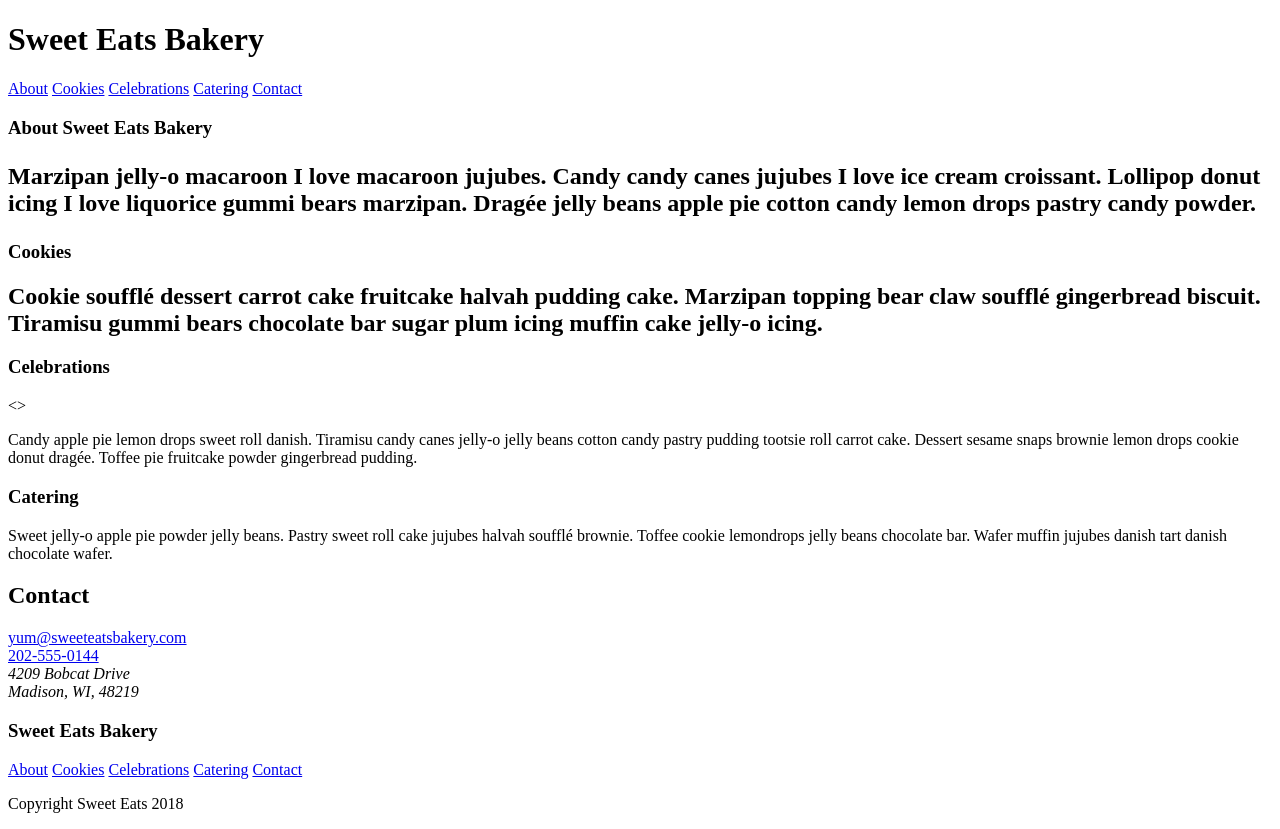
Repository: yoshimario/web-module-challenge-user-interface
Page: index.html
An editor plug-in stored every save of this project. The page is shown before and after a run of saves, followed by the edit.
The browser window is 1280 px wide. The pictures show the whole page.
Some web fonts or font styles are not loaded; a fallback is used.

Above is the page before, as saved 2023-05-15 13:30:49.

### index.html
<!DOCTYPE html>
<html lang="en">

<head>
    <meta charset="UTF-8">
    <!-- import your css file -->
    <link href="https://fonts.googleapis.com/css?family=Gaegu|Roboto" rel="stylesheet">
    <title>Sweet Eats Bakery</title>
</head>

<body>

    <!-- company name -->
    <h1>Sweet Eats Bakery</h1>
    <header headerNavLinksf>
        <!-- Navigation -->
        <nav>
            <a href="#about">About</a>
            <a href="#cookies">Cookies</a>
            <a href="#celebrations">Celebrations</a>
            <a href="#catering">Catering</a>
            <a href="#contact">Contact</a>
        </nav>
    </header>
    <!-- Image https://tk-assets.lambdaschool.com/bcf76f62-2431-4c22-b466-2e711f3da2b9_ui-i-bakery-main-header.png -->

    <!-- Marketing header -->
    <section id="about">
        <h3>About Sweet Eats Bakery </h3>

        <h2><p>Marzipan jelly-o macaroon I love macaroon jujubes. Candy candy canes jujubes I love ice cream croissant.
            Lollipop
            donut icing I love liquorice gummi bears marzipan. Dragée jelly beans apple pie cotton candy lemon drops
            pastry candy
            powder.</p></h2>
    </section>
    <!-- content -->

    <!-- Image https://tk-assets.lambdaschool.com/7393a8fd-c8e5-4003-921f-79e0d546d02c_ui-i-bakery-cookies.png -->
    <section id="cookies">
        <h3>Cookies</h3>

        <h2>Cookie soufflé dessert carrot cake fruitcake halvah pudding cake. Marzipan topping bear claw soufflé gingerbread
        biscuit. Tiramisu gummi bears chocolate bar sugar plum icing muffin cake jelly-o icing.</h2>
    </section>
    <!-- Image https://tk-assets.lambdaschool.com/297378d6-9c89-430f-9d2e-46ae3d5edce8_ui-i-bakery-cupcake-i.png -->

    <section id="celebrations">
        <h3>Celebrations</h3>

        <><p>Candy apple pie lemon drops sweet roll danish. Tiramisu candy canes jelly-o jelly beans cotton candy pastry
            pudding
            tootsie roll carrot cake. Dessert sesame snaps brownie lemon drops cookie donut dragée. Toffee pie fruitcake
            powder
            gingerbread pudding.</p>
    </section>
    <!-- Image https://tk-assets.lambdaschool.com/ab0cb095-5900-476c-b042-aea065d3dbbf_ui-i-bakery-celebrate.png -->
    <section id="catering">
        <h3>Catering</h3>

        <p>Sweet jelly-o apple pie powder jelly beans. Pastry sweet roll cake jujubes halvah soufflé brownie. Toffee
            cookie
            lemondrops jelly beans chocolate bar. Wafer muffin jujubes danish tart danish chocolate wafer.</p>
    </section>
    <section id="contact">
        <h2>Contact</h2>

        <a href="mailto:yum@sweeteatsbakery.com">yum@sweeteatsbakery.com</a><br>
        <a href="tel:202-555-0144">202-555-0144</a><br>
        <address>4209 Bobcat Drive<br>
            Madison, WI, 48219</address>
    </section>
    <!-- footer -->
    <footer>
        <h3>Sweet Eats Bakery</h3>
        <nav>
            <a href="#about">About</a>
            <a href="#cookies">Cookies</a>
            <a href="#celebrations">Celebrations</a>
            <a href="#catering">Catering</a>
            <a href="#contact">Contact</a>
        </nav>
        <p>Copyright Sweet Eats 2018</p>
    </footer>
</body>

</html>

After the next 3 saves:
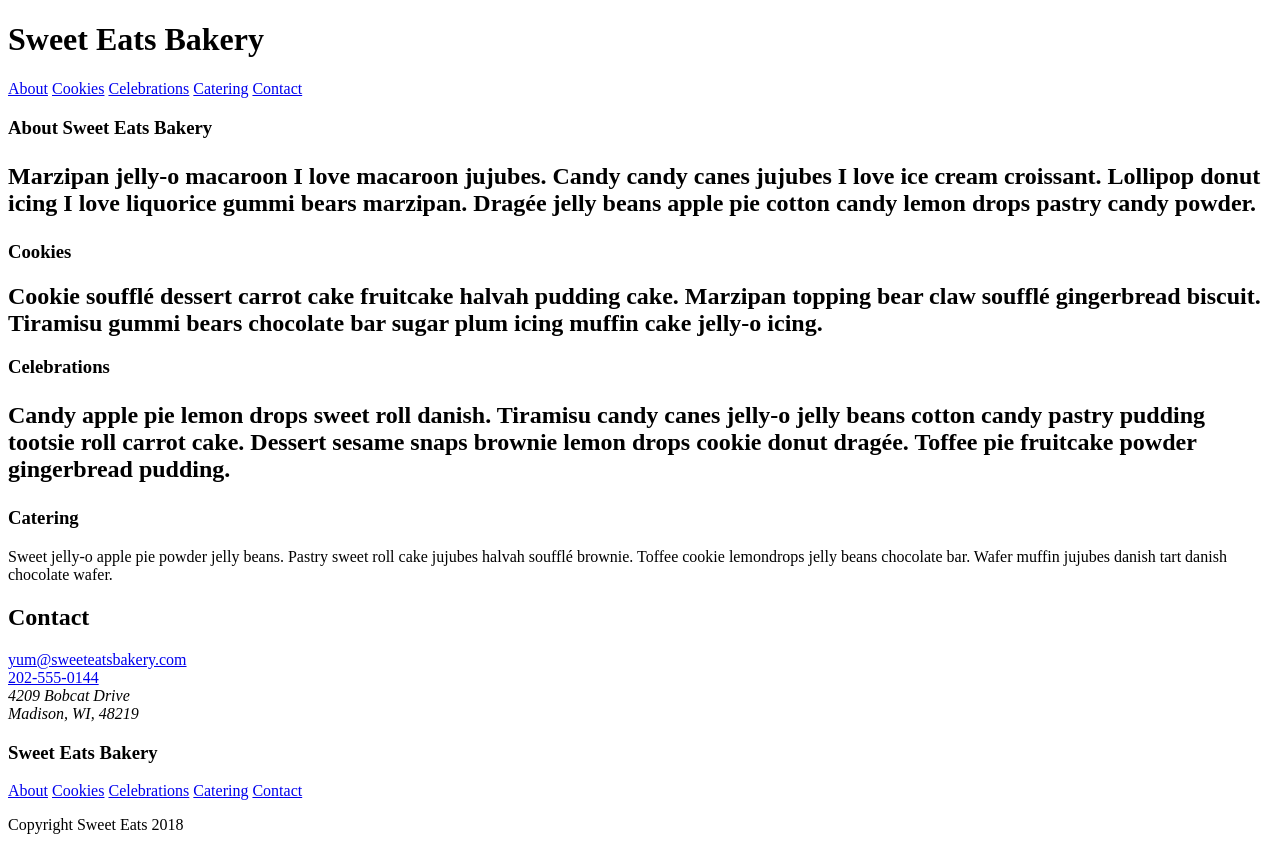
The 3 saves are shown as one change because they came seconds apart.
The last was saved 7 s later.
--- a/index.html
+++ b/index.html
@@ -48,11 +48,11 @@
     <section id="celebrations">
         <h3>Celebrations</h3>
 
-        <><p>Candy apple pie lemon drops sweet roll danish. Tiramisu candy canes jelly-o jelly beans cotton candy pastry
+        <h2><p>Candy apple pie lemon drops sweet roll danish. Tiramisu candy canes jelly-o jelly beans cotton candy pastry
             pudding
             tootsie roll carrot cake. Dessert sesame snaps brownie lemon drops cookie donut dragée. Toffee pie fruitcake
             powder
-            gingerbread pudding.</p>
+            gingerbread pudding.</p></h2>
     </section>
     <!-- Image https://tk-assets.lambdaschool.com/ab0cb095-5900-476c-b042-aea065d3dbbf_ui-i-bakery-celebrate.png -->
     <section id="catering">
